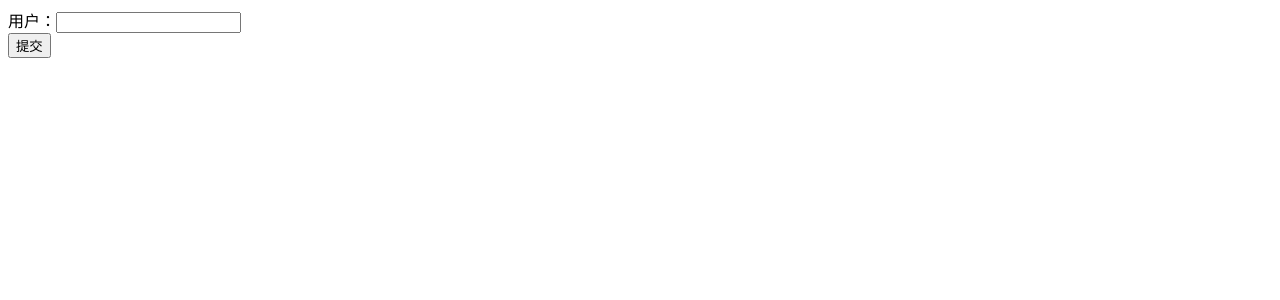
Repository: hellomonkey123/github
Page: javatest/test9/WebRoot/form2.html
An editor plug-in stored every save of this project. The page is shown before and after the next save, followed by the edit.
The browser window is 1280 px wide. The pictures show the whole page.

Above is the page before, as saved 2018-08-18 11:53:26.

### javatest/test9/WebRoot/form2.html
<!DOCTYPE html>
<html>
	<head>

		<title>form2.html</title>
		<meta http-equiv="keywords" content="keyword1,keyword2,keyword3">
		<meta http-equiv="description" content="this is my page">
		<meta http-equiv="content-type" content="text/html;charset=UTF-8">

		<!-- <link rel="stylesheet" type="text/css" href="./styles.css"> -->
	</head>
	<body>


		<form action="/test9/servlet/RequestDemo4" method="get">
			用户：<input type="text" name="username"><br/>

			<input type="submit" value="提交">
		</form>



	</body>
</html>

After the next save:
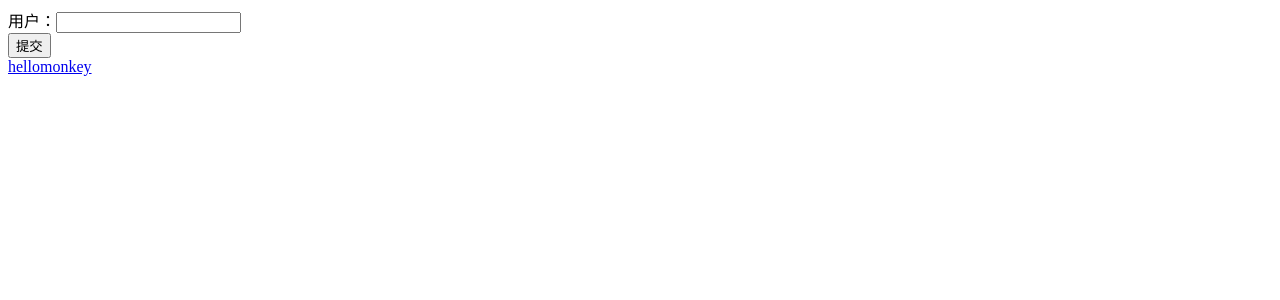
Saved 7 min 45 s later.
--- a/javatest/test9/WebRoot/form2.html
+++ b/javatest/test9/WebRoot/form2.html
@@ -18,7 +18,7 @@
 			<input type="submit" value="提交">
 		</form>
 
-
+		<a href="/test9/servlet/RequestDemo4?username=中国">hellomonkey</a>
 
 	</body>
 </html>
